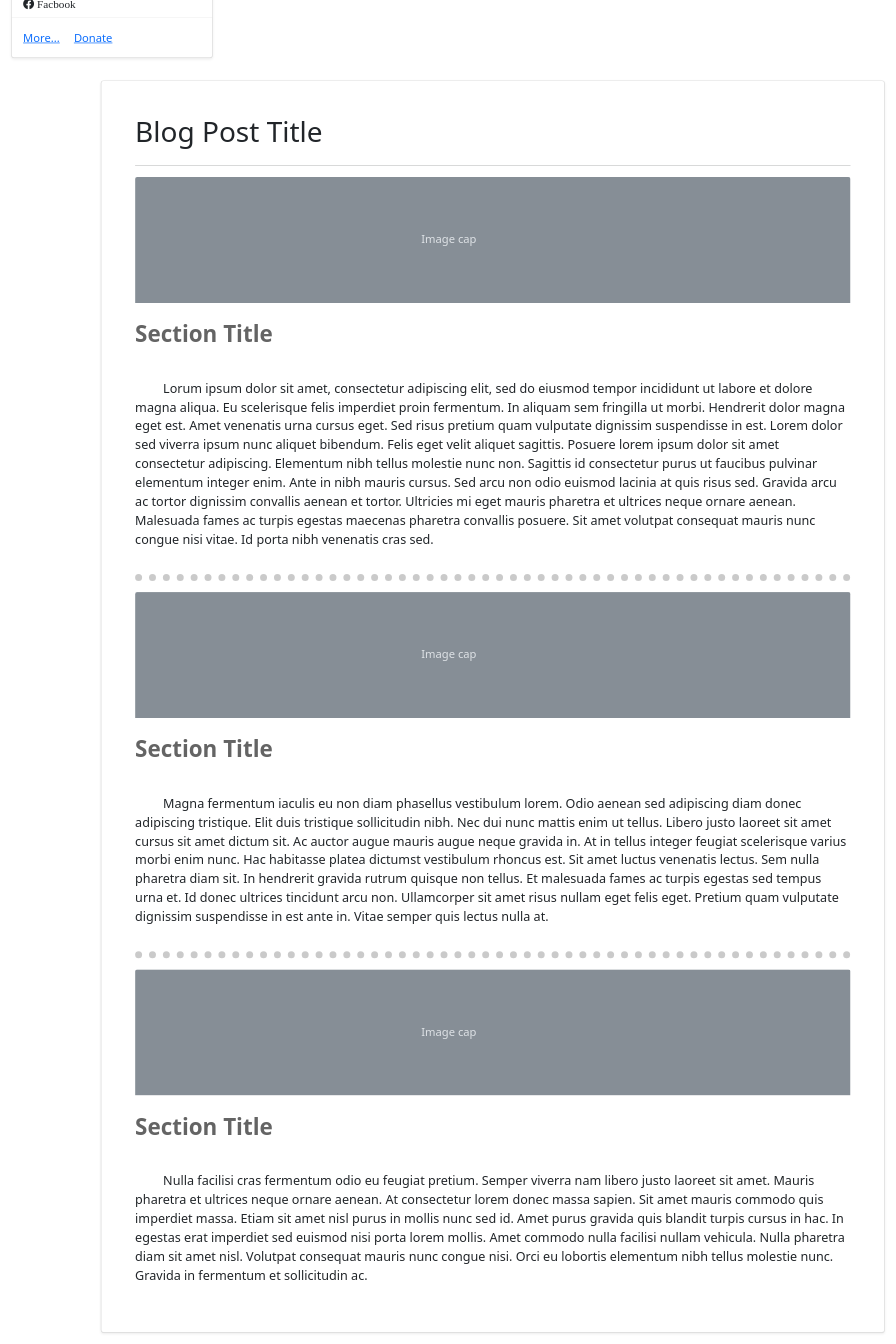
Repository: LublubXT/Azi-Tec-Team
Page: views/templates/blogs/personalblog/home.html
An editor plug-in stored every save of this project. The page is shown before and after the next save, followed by the edit.
The browser window is 1280 px wide. The pictures show the part of the page from y = 1367 to 3287 px (the page is 3287 px tall), at 70% of full size.

Above is the page before, as saved 2021-03-11 09:37:55.

After the next save:
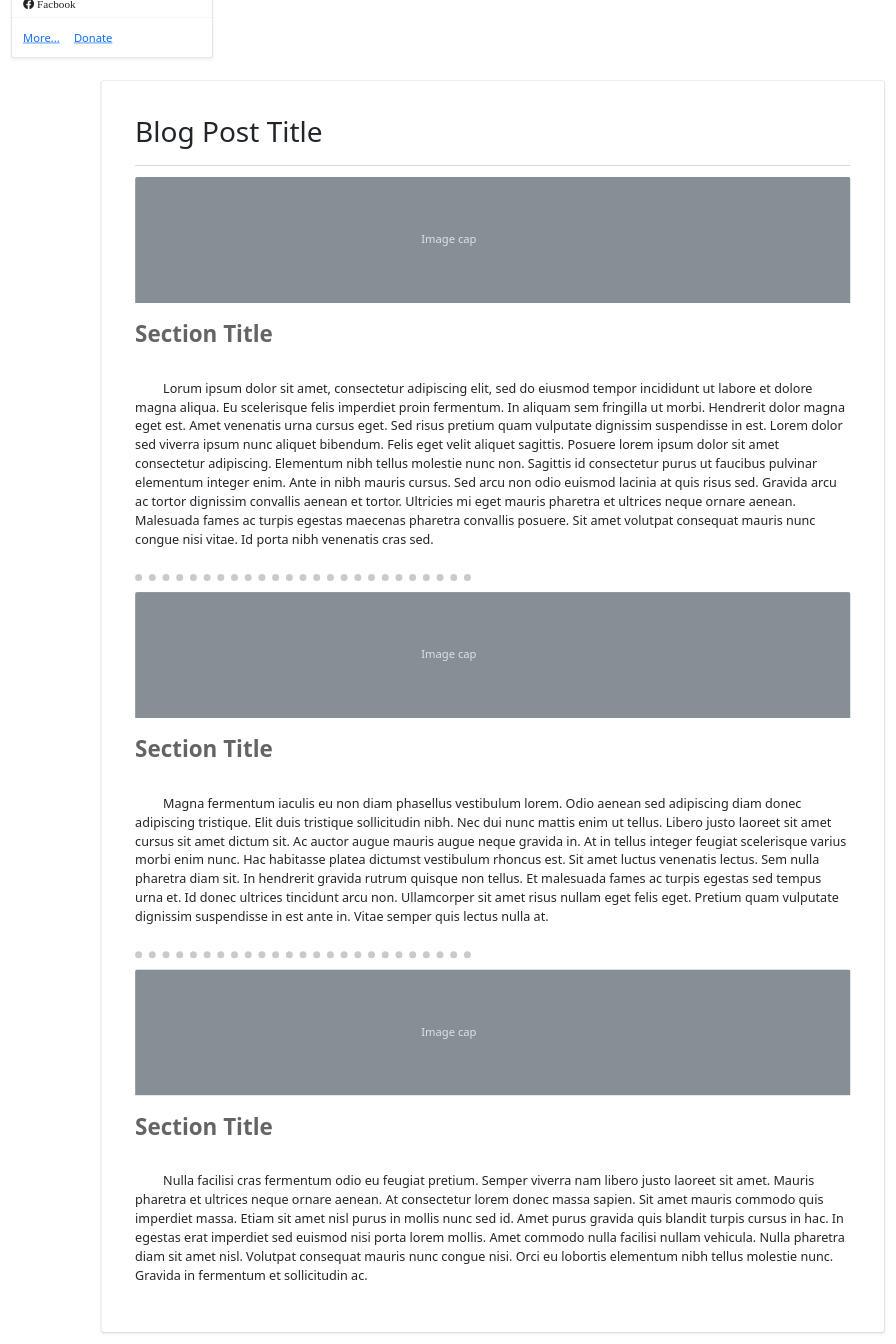
Saved 8 s later.
--- a/views/templates/blogs/personalblog/css/style.css
+++ b/views/templates/blogs/personalblog/css/style.css
@@ -82,5 +82,5 @@ body {
     border-right: none;
     border-bottom: none;
     margin: 20 auto;
-    width:
+    width: 30rem;
 }
